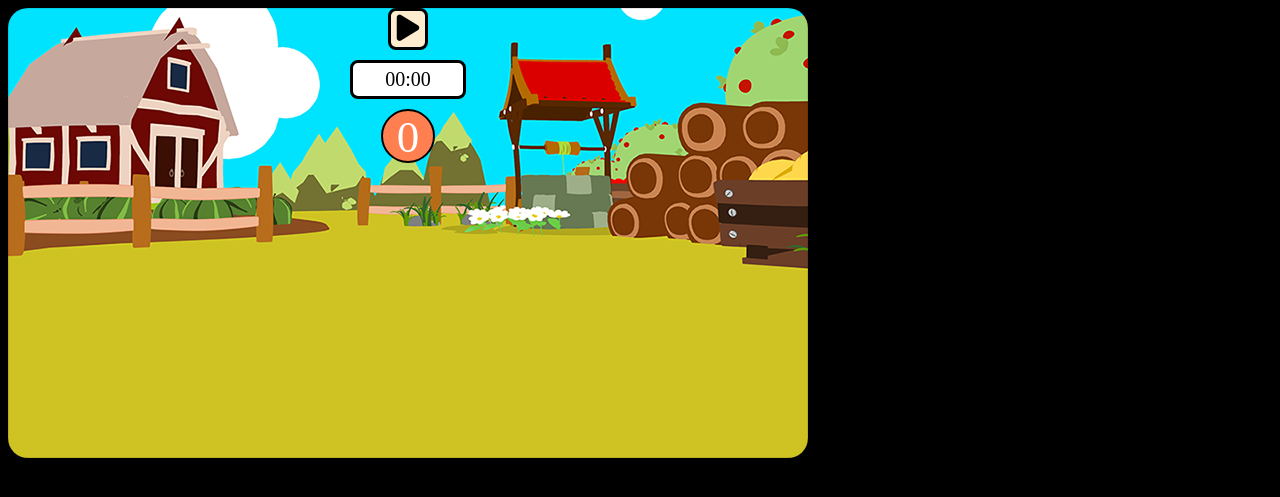
Repository: rladpwl0512/dreamcoding_browser101
Page: (7) catch-carrot-game/catch carrot/index.html
These files come from the project's save history. The page is drawn as it stood at one moment and after the next save; the edit follows.
The browser window is 1280 px wide. The pictures show the whole page.
Some web libraries are served in a nearby version.

Above is the page before, as saved 2021-10-06 19:40:13.

### (7) catch-carrot-game/catch carrot/index.html
<!DOCTYPE html>
<html lang="en">
<head>
  <meta charset="UTF-8">
  <meta http-equiv="X-UA-Compatible" content="IE=edge">
  <meta name="viewport" content="width=device-width, initial-scale=1.0">
  <link rel="stylesheet" href="./style.css">
  <script src="./main.js" defer></script>
  <script src="https://kit.fontawesome.com/d1f0f5669b.js" crossorigin="anonymous"></script>
  <title>🥕catch carrot</title>
</head>
<body>
  <div class="background">
    <button class="btn">
      <i class="fas fa-play"></i>
      <!-- <i class="fas fa-pause"></i> -->
      <span class="blind">start or pause button</span>
    </button>
    <div class="timer">00:00</div>
    <div class="count">0</div>
  </div>
</body>
</html>

### (7) catch-carrot-game/catch carrot/style.css
@charset "UTF-8";

body {
  background-color: black;
  text-align: center;
}

button {
  background: transparent;
  box-shadow: 0px 0px 0px transparent;
  border: 0px solid transparent;
  text-shadow: 0px 0px 0px transparent;
  cursor: pointer;
}

.background {
  background-image: url(./img/background.png);
  background-repeat: no-repeat;
  width: 800px;
  height: 450px;
  border-radius: 20px;
}

.btn {
  display: block;
  margin: 0 auto;
  font-size: 30px;
  border: 3px solid black;
  border-radius: 8px;
  background-color: blanchedalmond;
}

.timer {
  width: 100px;
  background-color: white;
  border: 3px solid black;
  border-radius: 8px;
  padding: 5px;
  margin: 0 auto;
  font-size: 20px;
  margin: 10px auto 0;
}

.count {
  width: 50px;
  height: 50px;
  font-size: 45px;
  color: white;
  background-color: coral;
  border: 2px solid black;
  border-radius: 50%;
  margin: 10px auto 0;
}

.blind {
  position: absolute;
  width: 1px;
  height: 1px;
  clip: rect(0 0 0 0);
  margin: -1px;
  overflow: hidden;
}

Loaded but not shown: (7) catch-carrot-game/catch carrot/main.js (no stored copy; drawn as an empty file)

After the next save:
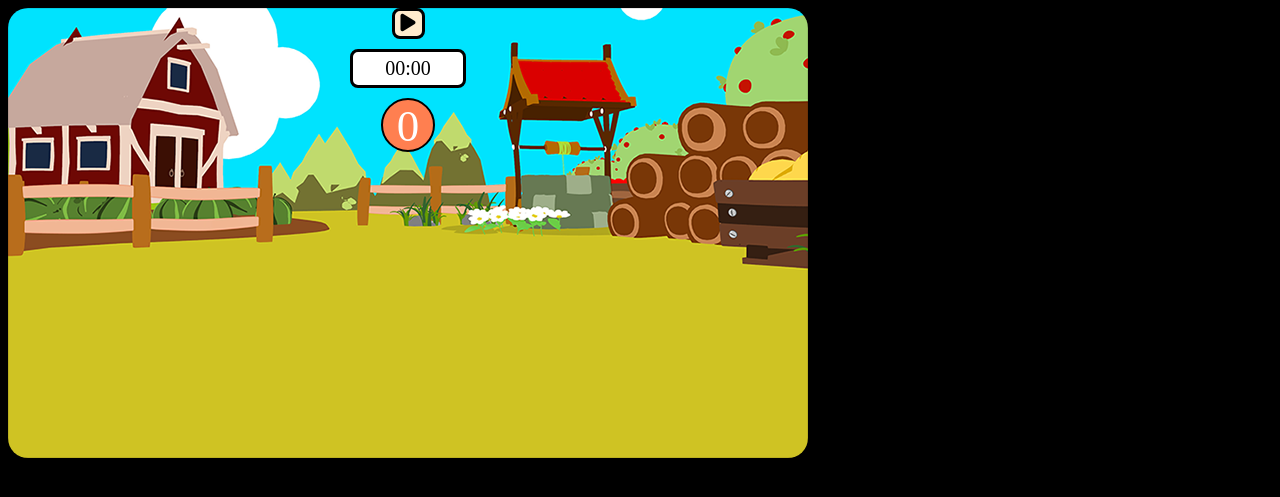
Saved 8 s later.
--- a/(7) catch-carrot-game/catch carrot/style.css
+++ b/(7) catch-carrot-game/catch carrot/style.css
@@ -24,7 +24,7 @@ button {
 .btn {
   display: block;
   margin: 0 auto;
-  font-size: 30px;
+  font-size: 20px;
   border: 3px solid black;
   border-radius: 8px;
   background-color: blanchedalmond;
